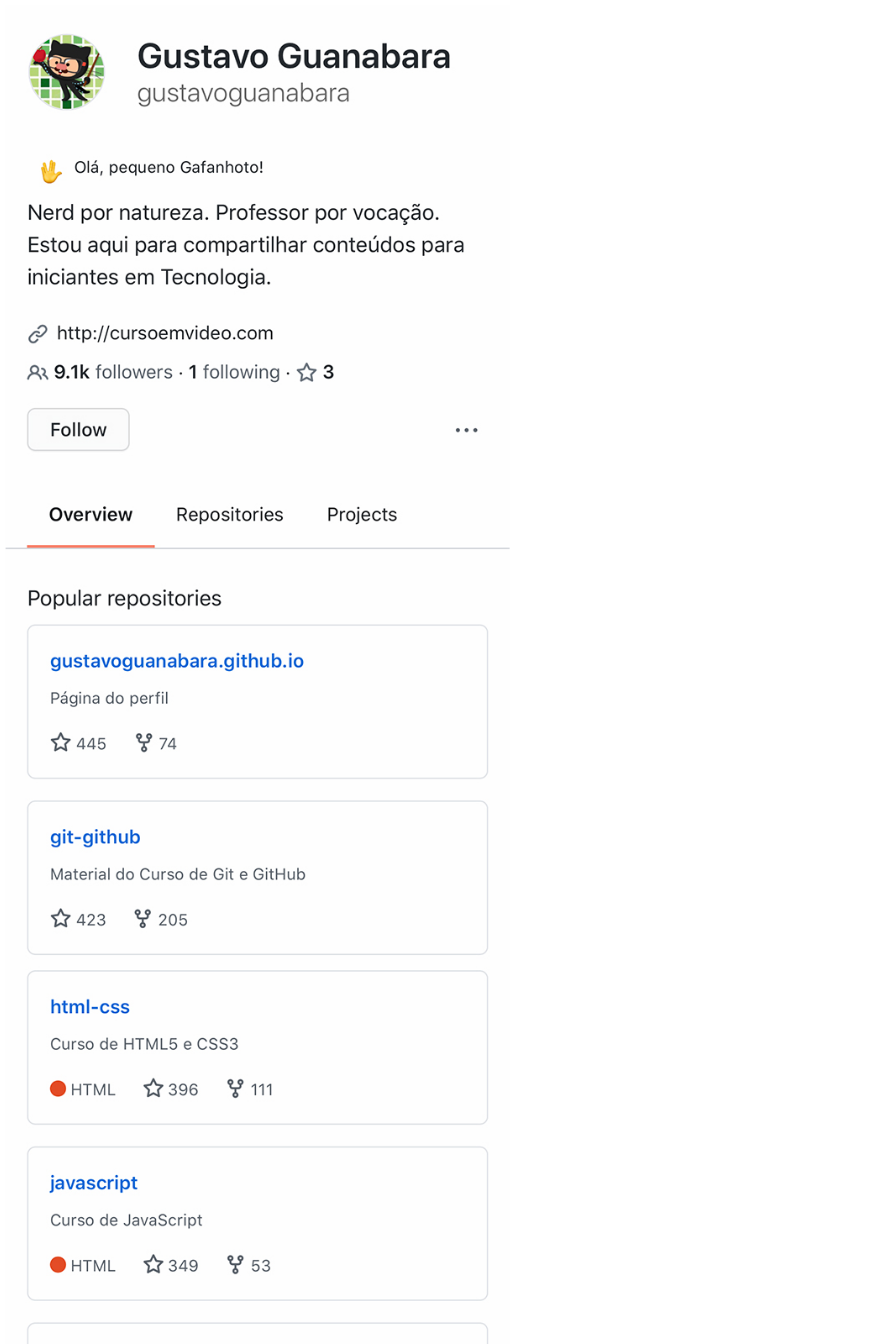
Repository: DorivalJunior14/Projeto-social
Page: github.html
An editor plug-in stored every save of this project. The page is shown before and after the next save, followed by the edit.
The browser window is 1280 px wide. The pictures show the part of the page from y = 0 to 1920 px (the page is 2740 px tall before and 2238 px after), at 70% of full size.

Above is the page before, as saved 2022-07-05 10:58:09.

### github.html
<!DOCTYPE html>
<html lang="en">
<head>
    <meta charset="UTF-8">
    <meta name="viewport" content="width=device-width, initial-scale=1.0">
    <title>GitHub</title>
    <link rel="stylesheet" href="estilos/social.css">
</head>
<body>
    <img src="imagens/tela-github.jpg"alt="GitHub">
    <a href="https://github.com/gustavoguanabara"target="_blank">ACESSE</a>
</body>
</html>

### estilos/social.css
@charset "UTF-8";

<style>
* {
    margin: 0px;
    padding: 0px;
    font-family: Arial, Helvetica, sans-serif;
}
::-webkit-scrollbar {
    width: 0px;
    height: 0px;
}
img {
    width: 100vh;



}

a {
display: block;
background-color: rgba(165, 42, 42, 0.915);
color: white;
padding: 20px;
text-align: center;
font-weight: bolder;
text-decoration: none;
}
a:hover {
background-color: red;
}
</style>

After the next save:
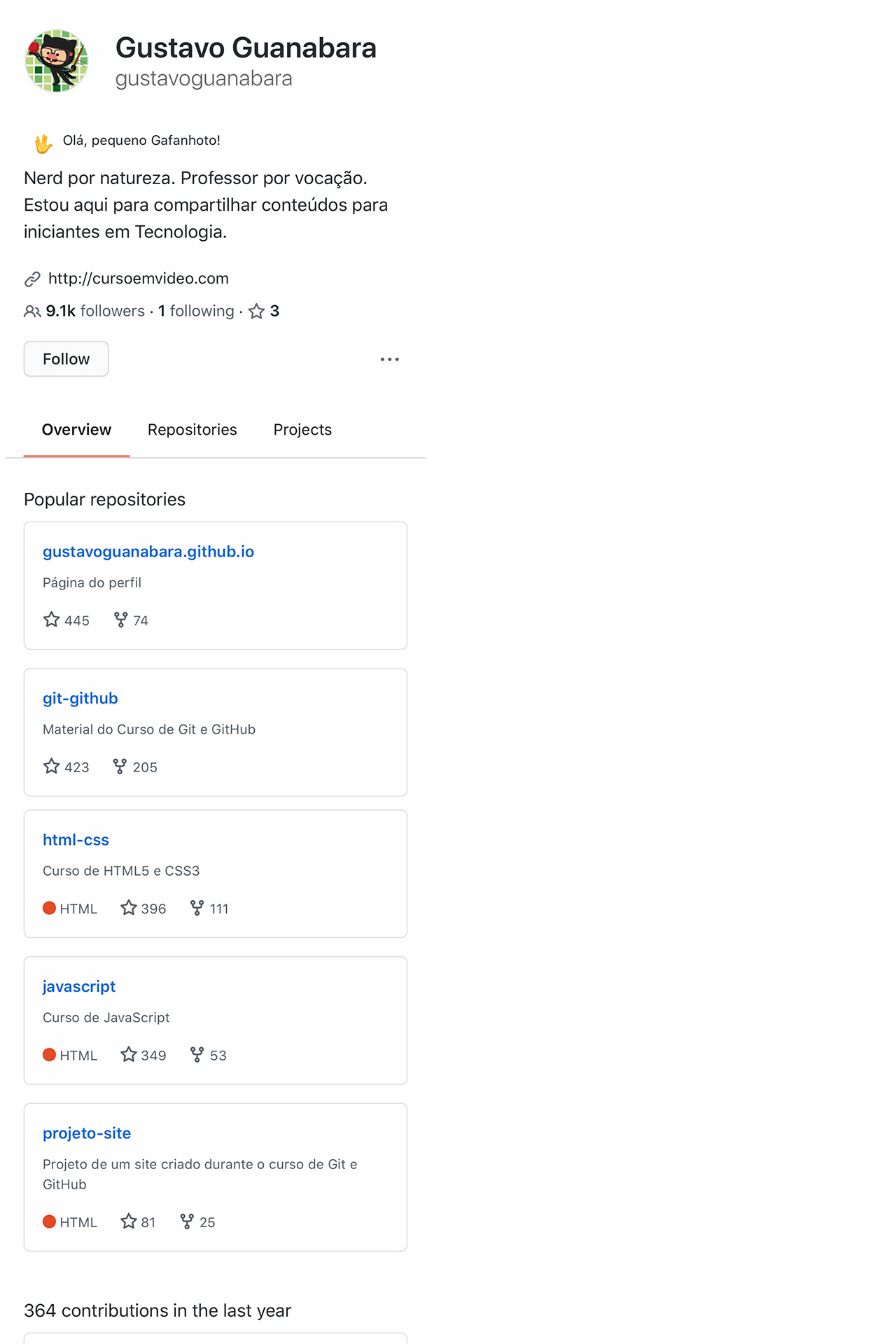
Saved 73 s later.
--- a/github.html
+++ b/github.html
@@ -4,7 +4,7 @@
     <meta charset="UTF-8">
     <meta name="viewport" content="width=device-width, initial-scale=1.0">
     <title>GitHub</title>
-    <link rel="stylesheet" href="estilos/social.css">
+
 </head>
 <body>
     <img src="imagens/tela-github.jpg"alt="GitHub">
